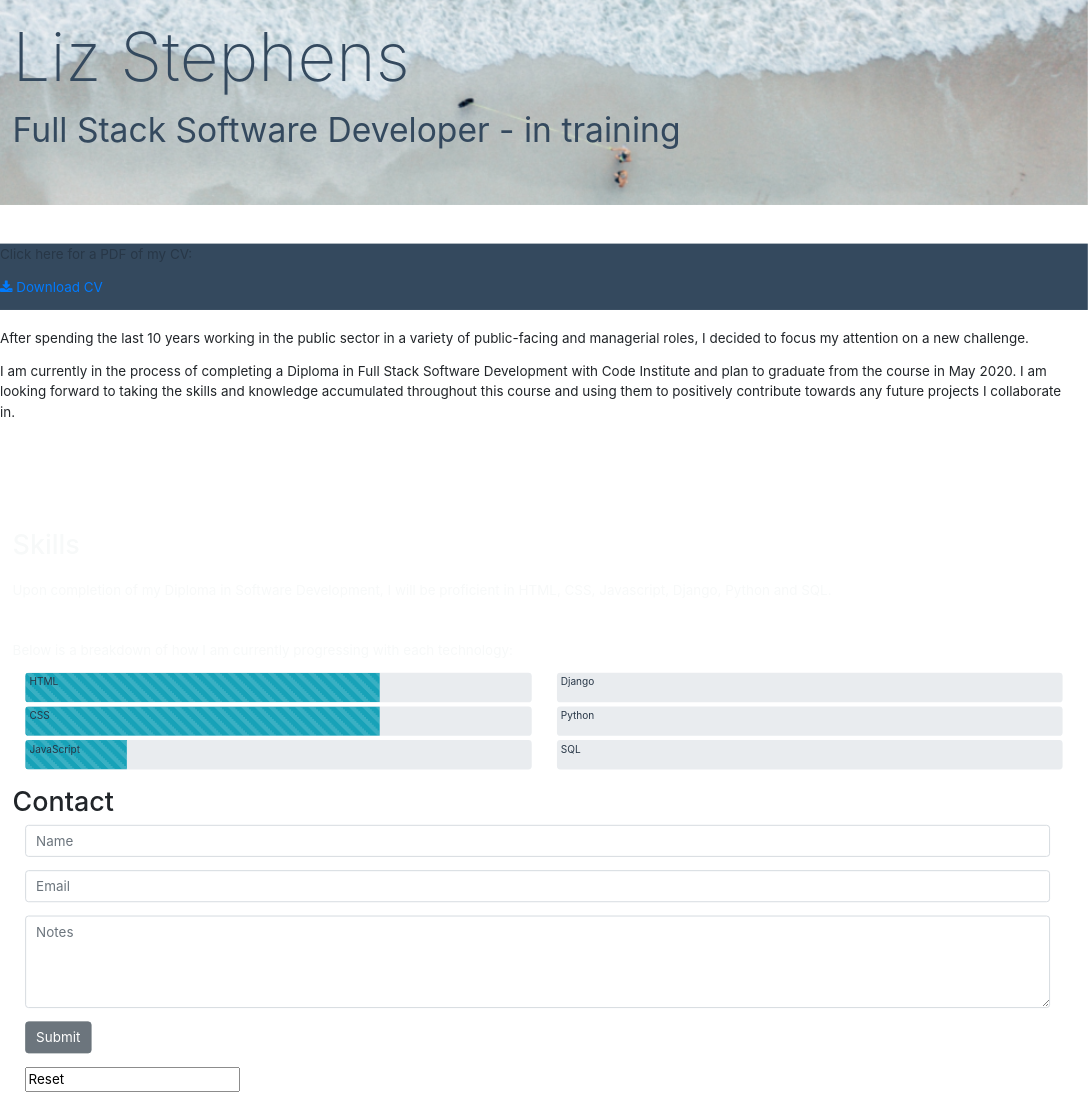
Repository: Liz94688/portfolio-site
Page: index.html
The author's editor kept a record of every edit. The page is drawn from the files as they stood at one moment, then again after the next edit.
The browser window is 1280 px wide. The page is 1295 px wide, so the pictures cover 1295 px, including what lies to the right of the window. The pictures show the whole page, at 84% of full size.

Above is the page before.

### index.html
<!DOCTYPE html>
<html lang="en">

<head>
    <meta charset="UTF-8">
    <meta name="viewport" content="width=device-width, initial-scale=1.0">
    <meta http-equiv="X-UA-Compatible" content="ie=edge">
    <link rel="stylesheet" href="https://stackpath.bootstrapcdn.com/bootstrap/4.3.1/css/bootstrap.min.css" type="text/css" />
    <link rel="stylesheet" href="https://stackpath.bootstrapcdn.com/font-awesome/4.7.0/css/font-awesome.min.css" type="text/css" />
    <link rel="stylesheet" href="assets/css/style.css" type="text/css" />
    <title>Liz Stephens Portfolio - Full Stack Web Developer</title>
</head>

<body>
    <header>
        <div class="row header-image">
            <div class="col">
                <h1 class="header-name">Liz Stephens</h1>
                <h2 class="header-title">Full Stack Software Developer - in training</h2>
            </div>
        </div>

        <div class="row header-nav">
            <div class="col">
                <ul id="nav" class="list-inline header-nav-container">
                    <li class="col-sm-4 header-nav-color-home list-inline-item">
                        <a href="#"><span>Home</span></a>
                    </li>
                    <li class="col-sm-4 header-nav-color-skills list-inline-item">
                        <a href="#"><span>Skills</span></a>
                    </li>
                    <li class="col-sm-4 header-nav-color-contact list-inline-item">
                        <a href="#"><span>Contact</span></a>
                    </li>
                </ul>
            </div>
        </div>
        </div>
    </header>
    <section>

    </section>
    <footer>
        <div class="row footer-nav">
            <div class="col">
                <p>Click here for a PDF of my CV: </p>
                <a href="#"><i class="fa fa-download" aria-hidden="true"></i><span> Download CV </span></a>
            </div>
        </div>
    </footer>
</body>

</html>








































After spending the last 10 years working in the public sector in a variety of public-facing and managerial roles, I decided to focus my attention on a new challenge.</strong></p>

I am currently in the process of completing a Diploma in Full Stack Software Development with Code Institute and plan to graduate from the course in May 2020. I am looking forward to taking the skills and knowledge accumulated throughout this course and
                    using them to positively contribute towards any future projects I collaborate in.


<!--*****Skills*****-->
<section id="skills-intro ">
    <div class="container-fluid ">
        <div class="row ">
            <h2 class="skills-title ">
                Skills
            </h2>
        </div>
        <div class="row ">
            <p class="skills-progression ">Upon completion of my Diploma in Software Development, I will be proficient in HTML, CSS, Javascript, Django, Python and SQL.</p>
            <br>
            <br>
            <br>
            <p class="skills-progression ">Below is a breakdown of how I am currently progressing with each technology:</p>
        </div>
        <div class="row progress-bars ">
            <div class="col-sm-12 col-md-6 ">
                <div class="progress ">
                    <div class="progress-bar-animated progress-bar-striped bg-info " role="progressbar " style="width: 70% " aria-valuenow="70 " aria-valuemin="0 " aria-valuemax="100 ">
                        <span class="sr-only ">70% complete</span>
                    </div>
                    <span class="progress-type ">HTML</span>
                </div>
                <div class="progress ">
                    <div class="progress-bar-animated progress-bar-striped bg-info " role="progressbar " style="width: 70% " aria-valuenow="70 " aria-valuemin="0 " aria-valuemax="100 ">
                        <span class="sr-only ">70% complete</span>
                    </div>
                    <span class="progress-type ">CSS</span>
                </div>
                <div class="progress ">
                    <div class="progress-bar-animated progress-bar-striped bg-info " role="progressbar " style="width: 20% " aria-valuenow="20 " aria-valuemin="0 " aria-valuemax="100 ">
                        <span class="sr-only ">20% complete</span>
                    </div>
                    <span class="progress-type ">JavaScript</span>
                </div>
            </div>
            <div class="col-sm-12 col-md-6 ">
                <div class="progress ">
                    <div class="progress-bar-animated progress-bar-striped bg-info " role="progressbar " style="width: 0% " aria-valuenow="0 " aria-valuemin="0 " aria-valuemax="100 ">
                        <span class="sr-only ">0% complete</span>
                    </div>
                    <span class="progress-type ">Django</span>
                </div>
                <div class="progress ">
                    <div class="progress-bar-animated progress-bar-striped bg-info " role="progressbar " style="width: 0% " aria-valuenow="0 " aria-valuemin="0 " aria-valuemax="100 ">
                        <span class="sr-only ">0% complete</span>
                    </div>
                    <span class="progress-type ">Python</span>
                </div>
                <div class="progress ">
                    <div class="progress-bar-animated progress-bar-striped bg-info " role="progressbar " style="width: 0% " aria-valuenow="0 " aria-valuemin="0 " aria-valuemax="100 ">
                        <span class="sr-only ">0% complete</span>
                    </div>
                    <span class="progress-type ">SQL</span>
                </div>
            </div>
        </div>
    </div>
</section>

<!--*****Contact Me*****-->
<section id="contact-me ">
    <div class="container-fluid ">
        <div class="contact-title ">
            <h2>
                Contact
            </h2>
        </div>
        <div class="contact-form ">
            <div class="contact-groups col-sm-12 ">
                <form>
                    <div class=" form-group ">
                        <input type="text " name="Name " class="form-control " placeholder="Name " required>
                    </div>
                    <div class="form-group ">
                        <input type="email " name="Email " class="form-control " placeholder="Email " required>
                    </div>
                    <div class="form-group ">
                        <textarea rows="4 " name="Notes " class="form-control " placeholder="Notes "></textarea>
                    </div>

                    <div class="form-group ">
                        <button type="submit " class="btn btn-secondary ">Submit</button>
                    </div>
                    <div class="form-group ">
                        <input type="reset " value="Reset ">
                    </div>
                </form>
            </div>
        </div>
    </div>
</section>

### assets/css/style.css
@import url('https://fonts.googleapis.com/css?family=Montserrat&display=swap:100,200,300,400,500,600,700');

/*------------------------------Header*/

header {
    margin: 0;
}

.header-image {
    background-image: url('../images/welcome-view.jpg');
    background-position: center;
    background-repeat: no-repeat;
    background-size: cover;
    min-height: 240px;
    transition: all .5s ease-in-out;
    -moz-transition: all .5s ease-in-out;
    -webkit-transition: all .5s ease-in-out;
}

.header-name {
    font-weight: 200;
    font-size: 80px;
    color: #34495E;
    margin-top: 20px;
    padding-left: 15px;
}

.header-title {
    font-weight: 400;
    font-size: 40px;
    color: #34495E;
    margin-top: 15px;
    margin-bottom: 50px;
    padding-left: 15px;
}

/*------------------------------Header-Nav*/

.col {
    padding: 0;
}

ul {
    background-color: #34495E;
}

li a {
    color: #fff;
    padding: 0;
    text-decoration: none;
}

.list-inline-item:not(:last-child) {
    margin: 0;
}

.header-nav-container {
    font-size: 0;
}

#nav li {
    padding: 0;
}

.header-nav-item {
    height: 100px;
    text-align: center;
}

.header-nav-item a {
    width: 100%;
    text-decoration: none;
    color: #fff;
}

.header-nav-item span {
    display: block;
    padding-top: 15px;
    font-size: 20px;
    letter-spacing: 1px;
}

.header-nav-color-home:hover {
    background-color: #2980B9;
}

.header-nav-color-skills:hover {
    background-color: #1ABC9C;
}

.header-nav-color-contact:hover {
    background-color: #EC7063;
}

.header-nav-color-home.active {
    background-color: #2980B9;
}

.header-nav-color-skills.active {
    background-color: #1ABC9C;
}

.header-nav-color-contact.active {
    background-color: #EC7063;
}

/*----------About Me----------*/

/*----------Skills----------*/

#skills-intro {
    background-color: #393938;
    background-size: cover;
    height: 100vh;
    width: 100vw;
    margin-bottom: 0px;
    margin-top: 0px;
}

.container {
    margin: 0;
}

.skills-title {
    padding-top: 10%;
    color: #F7F9F9;
}

.skills-progression {
    margin: 0;
    color: #F7F9F9;
}

.row {
    padding-left: 15px;
    padding-bottom: 15px;
    color: #283747
}

.progress {
    position: relative;
    height: 35px;
    margin-bottom: 5px;
}

.progress-type {
    position: absolute;
    color: #283747;
    left: 0px;
    padding: 2px 30px 2px 5px;
}

/*----------Contact----------*/

/*----------Footer----------*/

footer {
    min-height: 100px;
    margin: 0;
}

.footer-nav {
    background-color: #34495E;
    margin-top: 15px;
    margin-bottom: 50px;
}

.footer-nav-item {
    height: 100px;
    text-align: right;
    padding: 15px 20px;
    color: #fff;
}

.footer-nav-item a {
    text-decoration: none;
    color: #fff;
}

.footer-nav-item a i {
    font-size: 20px;
    padding: 10px;
}

After the next edit:
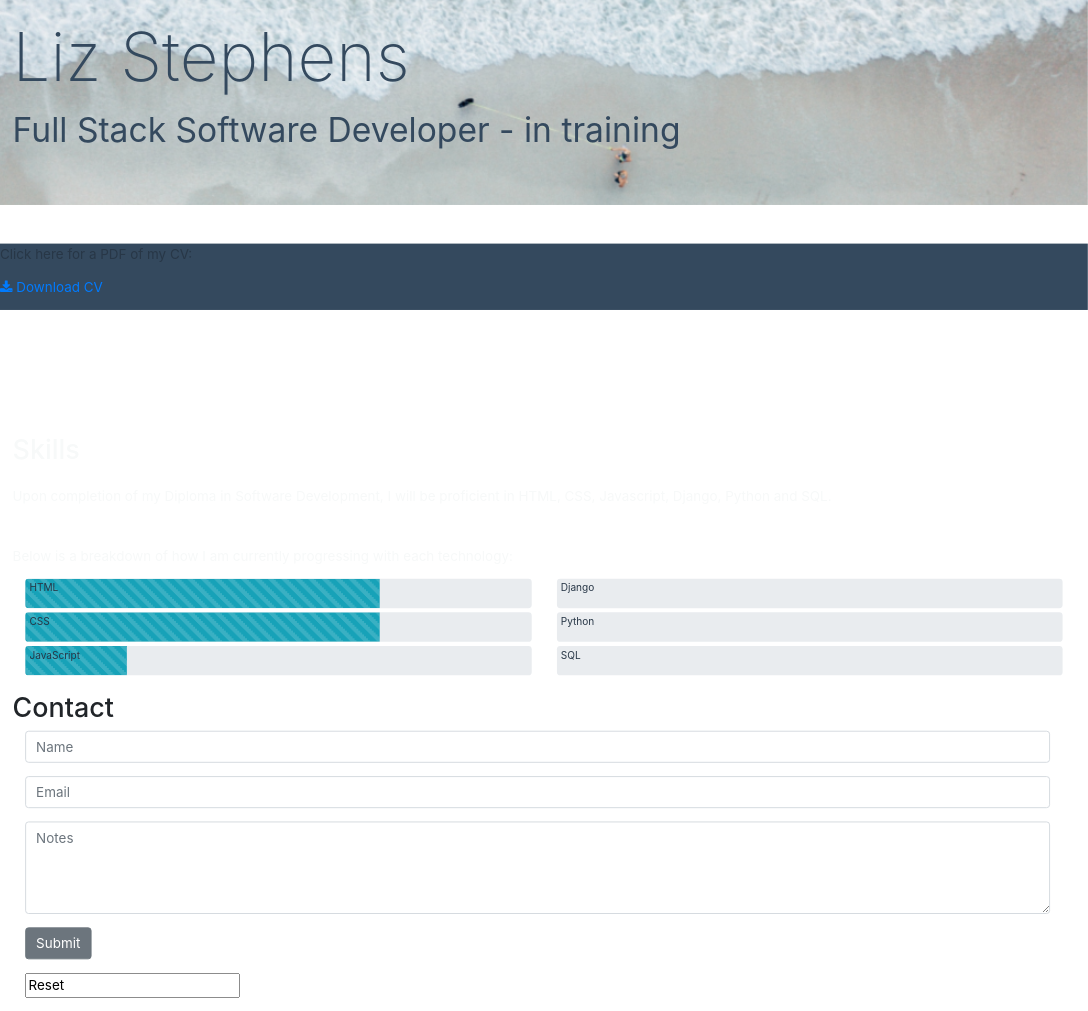
The edit:
--- a/index.html
+++ b/index.html
@@ -91,10 +91,7 @@
 
 
 
-After spending the last 10 years working in the public sector in a variety of public-facing and managerial roles, I decided to focus my attention on a new challenge.</strong></p>
 
-I am currently in the process of completing a Diploma in Full Stack Software Development with Code Institute and plan to graduate from the course in May 2020. I am looking forward to taking the skills and knowledge accumulated throughout this course and
-                    using them to positively contribute towards any future projects I collaborate in.
 
 
 <!--*****Skills*****-->
